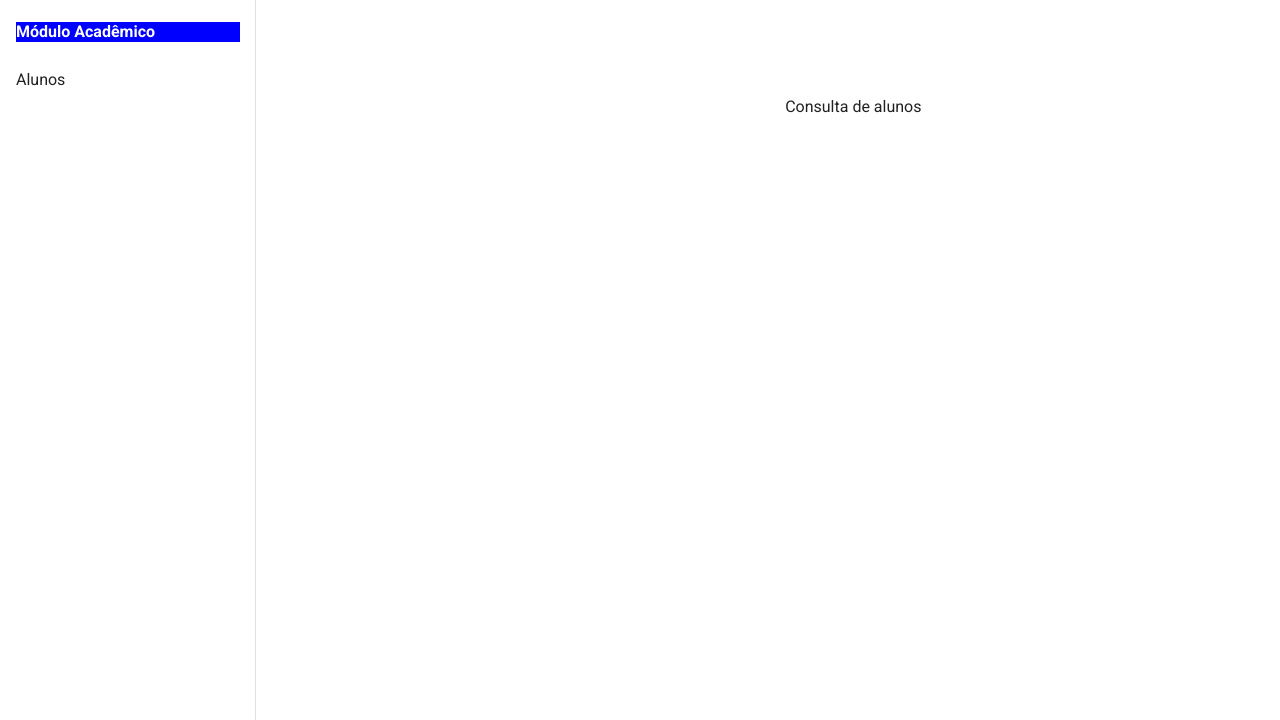
Repository: sergiohidekiono/vue-student
Page: /
The author's editor kept a copy of each file at every save. The page is drawn from the files as they stood at one save, then again after the next save.
The browser window is 1280 px wide. The pictures show the whole page.
The project was rebuilt for these pictures with package versions that can differ from the ones it lists, and the page was loaded fresh each time. Also part of the build but not shown: vue.config.js.

Above is the page before, as saved 2024-08-07 09:31:46.

### src/App.vue
<template>
  <v-app>
    <v-main class="wrapper">
      <StudentList class="wrapper" />
    </v-main>
  </v-app>
</template>

<script>
import StudentList from './components/student-list';

export default {
  name: 'App',

  components: {
    StudentList,
  },

  data: () => ({
    //
  }),
};
</script>

<style>
.wrapper {
  width: 100vw;
  height: 100vh;
  margin: 0;
}
</style>

### src/components/student-list.vue
<template>
    <v-container>
        <v-row>
            <div class="d-flex align-start">
                <v-img :src="require('../assets/logo.png')" class="my-3" />
            </div>
        </v-row>
        <!-- <v-row>
            <v-col cols="2">
                <v-row class="">
                    <h4>Módulo Acadêmico</h4>
                </v-row>
                <v-row>
                    <span>Alunos</span>
                </v-row>

            </v-col>
            <v-col cols="10">
                <v-row cols="12" class="d-flex justify-center">
                    <span>Consulta de alunos</span>
                </v-row>
            </v-col>
        </v-row> -->
        <v-row>
            <v-col cols="2">
                <v-navigation-drawer v-model="drawer" app clipped :permanent="false">
                    <v-list>
                        <v-list-item>
                            <v-list-item-content style="color: white; background: blue; padding: 0; margin: 0;">
                                <v-list-item-title  style="padding: 0; margin: 0;">
                                    <h4>Módulo Acadêmico</h4>
                                </v-list-item-title>
                            </v-list-item-content>
                        </v-list-item>
                        <v-list-item link>
                            <v-list-item-content>
                                <v-list-item-title>Alunos</v-list-item-title>
                            </v-list-item-content>
                        </v-list-item>
                    </v-list>
                </v-navigation-drawer>
            </v-col>
            <v-col cols="10">
                <v-row cols="12" class="d-flex justify-center">
                    <span>Consulta de alunos</span>
                </v-row>
            </v-col>
        </v-row>

    </v-container>
</template>
<script>
</script>

<style></style>

Loaded but not shown: public/index.html (common file); src/main.js (common file); src/plugins/vuetify.js (common file)

After the next save:
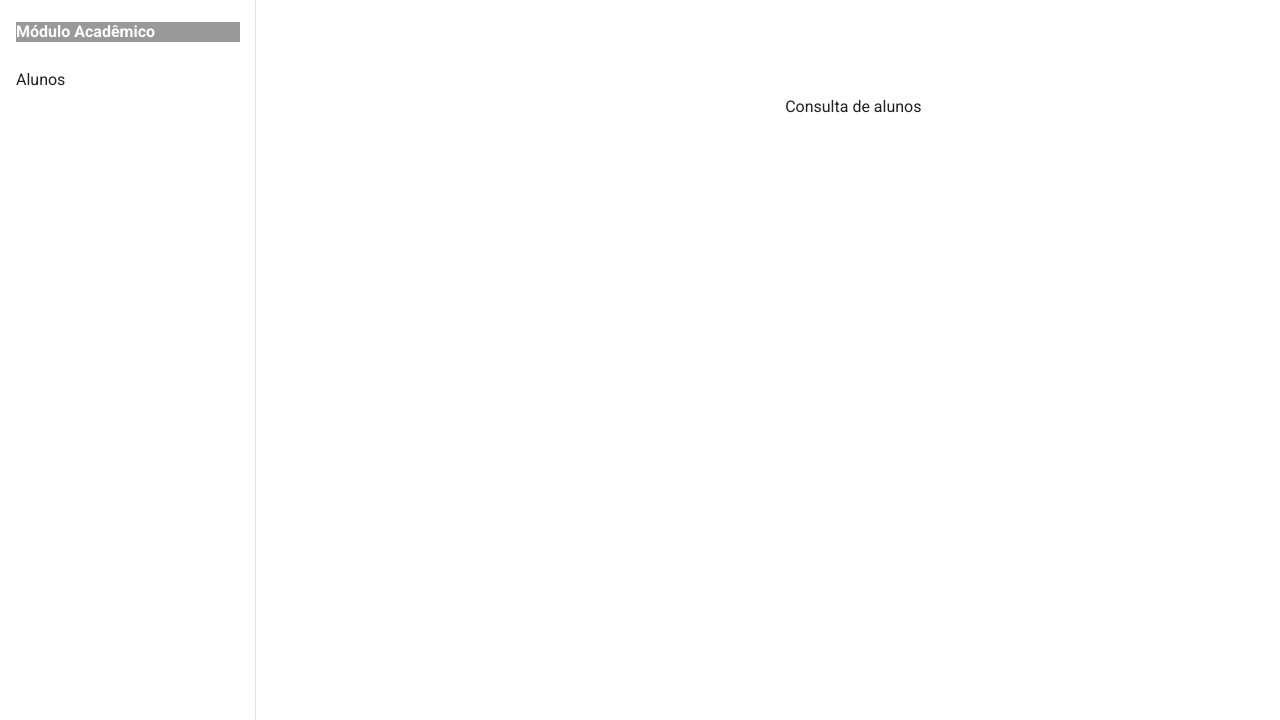
Saved 23 s later.
--- a/src/components/student-list.vue
+++ b/src/components/student-list.vue
@@ -26,7 +26,7 @@
                 <v-navigation-drawer v-model="drawer" app clipped :permanent="false">
                     <v-list>
                         <v-list-item>
-                            <v-list-item-content style="color: white; background: blue; padding: 0; margin: 0;">
+                            <v-list-item-content style="color: white; background: #999999; padding: 0; margin: 0;">
                                 <v-list-item-title  style="padding: 0; margin: 0;">
                                     <h4>Módulo Acadêmico</h4>
                                 </v-list-item-title>
